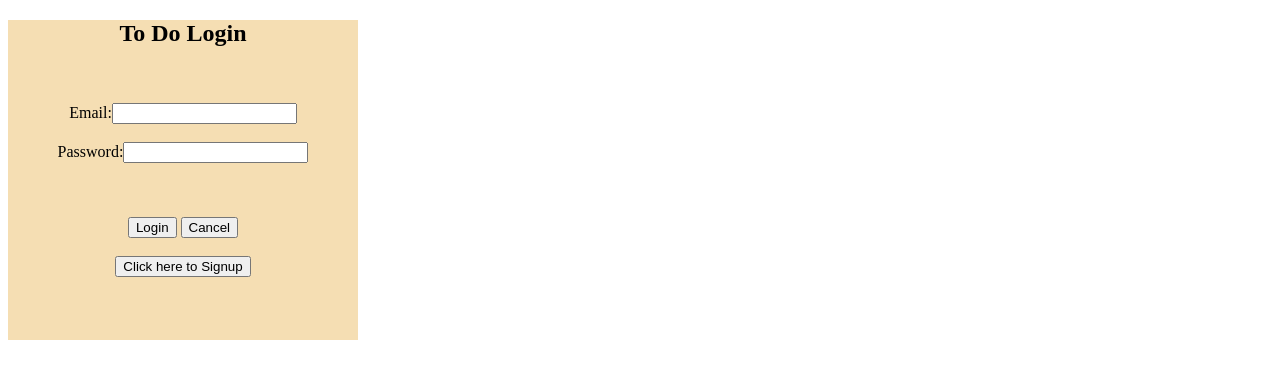
Repository: Spurthiv/todoapp
Page: Servlet_todo_app/src/main/webapp/Login.html
The author's editor kept a copy of each file at every save. The page is drawn from the files as they stood at one save, then again after the next save.
The browser window is 1280 px wide. The pictures show the whole page.

Above is the page before, as saved 2023-11-22 07:38:39.

### Servlet_todo_app/src/main/webapp/Login.html
<!DOCTYPE html>
<html>
<head>
<meta charset="ISO-8859-1">
<title>Insert title here</title>
</head>
    <style>
        form {
            height: 320px;
            width: 350px;
            background-color: wheat;
            text-decoration-color: blueviolet;
            text-align: center;
        }
        u{
			text-align: center;
		}
    </style>
<body>

<form action="" method="get">
        <legend><h2>To Do Login</h2></legend>
        <br><br>
        Email:<input type="email" name="email" /> <br><br>
        Password:<input type="text" name="pwd" /> <br><br><br /><br>
        <button type="submit" formaction="process">Login</button>
        <button type="reset" formaction="process">Cancel</button> <br><br>
        <a href="./Signup.html"><button type="button">Click here to Signup</button></a>
    </form>

</body>
</html>

After the next save:
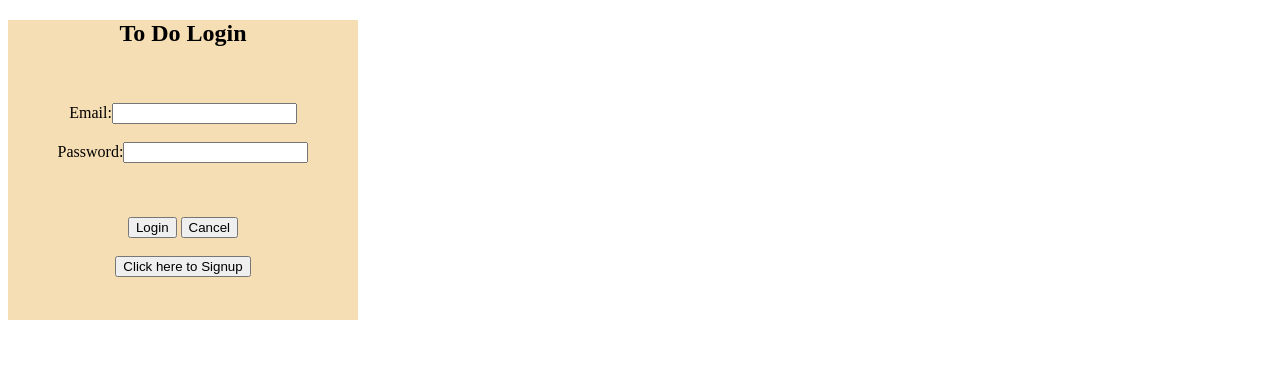
Saved 16 s later.
--- a/Servlet_todo_app/src/main/webapp/Login.html
+++ b/Servlet_todo_app/src/main/webapp/Login.html
@@ -6,7 +6,7 @@
 </head>
     <style>
         form {
-            height: 320px;
+            height: 300px;
             width: 350px;
             background-color: wheat;
             text-decoration-color: blueviolet;
